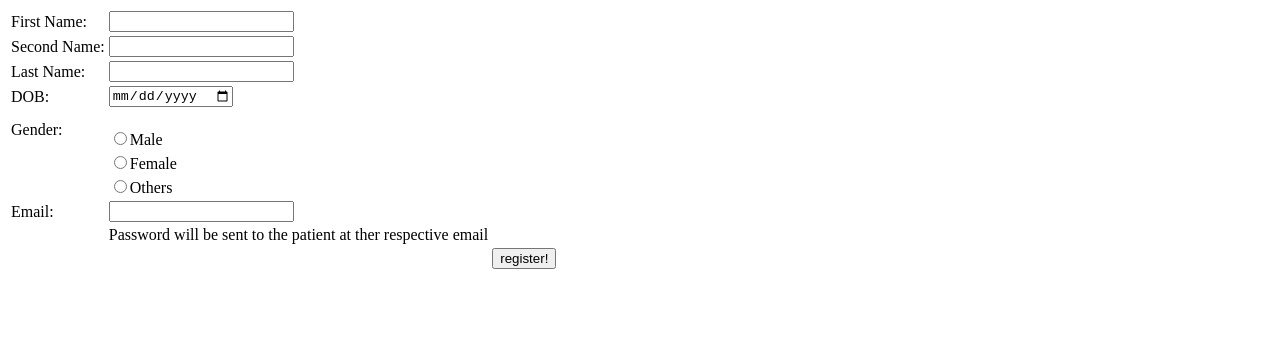
Repository: Asad0786/Learning-Java
Page: http://localhost/HMS/WEB-INF/patient_view/create.jsp
An editor plug-in stored every save of this project. The page is shown before and after the next save, followed by the edit.
The browser window is 1280 px wide. The pictures show the whole page.
The page is served by Tomcat 9. Nobody is signed in. Other server files are loaded and not shown. The template is opened directly, without the code that normally fills it, so the values that code supplies are empty.

Above is the page before, as saved 2023-05-12 16:55:11.

### HMS/src/main/webapp/WEB-INF/patient_view/create.jsp
<%@ page language="java" contentType="text/html; charset=ISO-8859-1"
	pageEncoding="ISO-8859-1"%>
<!DOCTYPE html>
<html>
<head>
<meta charset="ISO-8859-1">
<title></title>
</head>
<body>
	<form action="createPatient" method="post">
		<table>
			<tr>
				<td>First Name:</td>
				<td><input type="text" name="patientFirstName"></td>
			</tr>
			<tr>
				<td>Second Name:</td>
				<td><input type="text" name="patientSecondName"></td>
			</tr>
			<tr>
				<td>Last Name:</td>
				<td><input type="text" name="patientLastName"></td>
			</tr>
			<tr>
				<td>DOB:</td>
				<td><input type="date" name="patientDOB"></td>
			</tr>
			<tr>
				<td>Gender:</td>
				<td><br>
				<input type="radio" name="patientGender">Male</td>
			</tr>
			<tr>
				<td></td>
				<td>
				<input type="radio" name="patientGender">Female</td>
			</tr>
			<tr>
				<td></td>
				<td>
				<input type="radio" name="patientGender">Others</td>
			</tr>
			<tr>
				<td>Email:</td>
				<td><input type="email" name="patientEmail"></td>
			</tr>
			<tr>
				<td></td>
				<td>Password will be sent to the patient at ther respective email</td>
			</tr>

			<tr>
				<td></td>
				<td></td>
				<td><input type="submit" value="register!"></td>
			</tr>
		</table>
	</form>

</body>
</html>

After the next save:
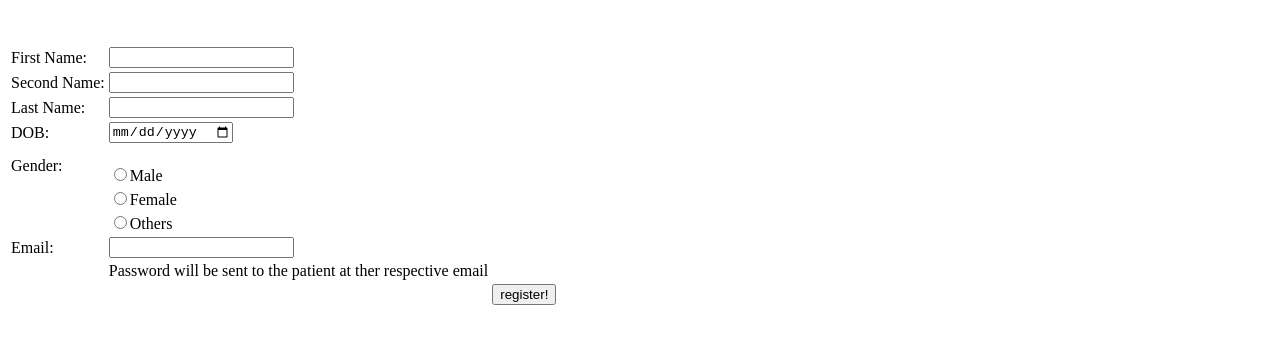
Saved 12 s later.
--- a/HMS/src/main/webapp/WEB-INF/patient_view/create.jsp
+++ b/HMS/src/main/webapp/WEB-INF/patient_view/create.jsp
@@ -51,7 +51,7 @@
 
 			<tr>
 				<td></td>
-				<td></td>
+				<td></td><br><br>
 				<td><input type="submit" value="register!"></td>
 			</tr>
 		</table>
